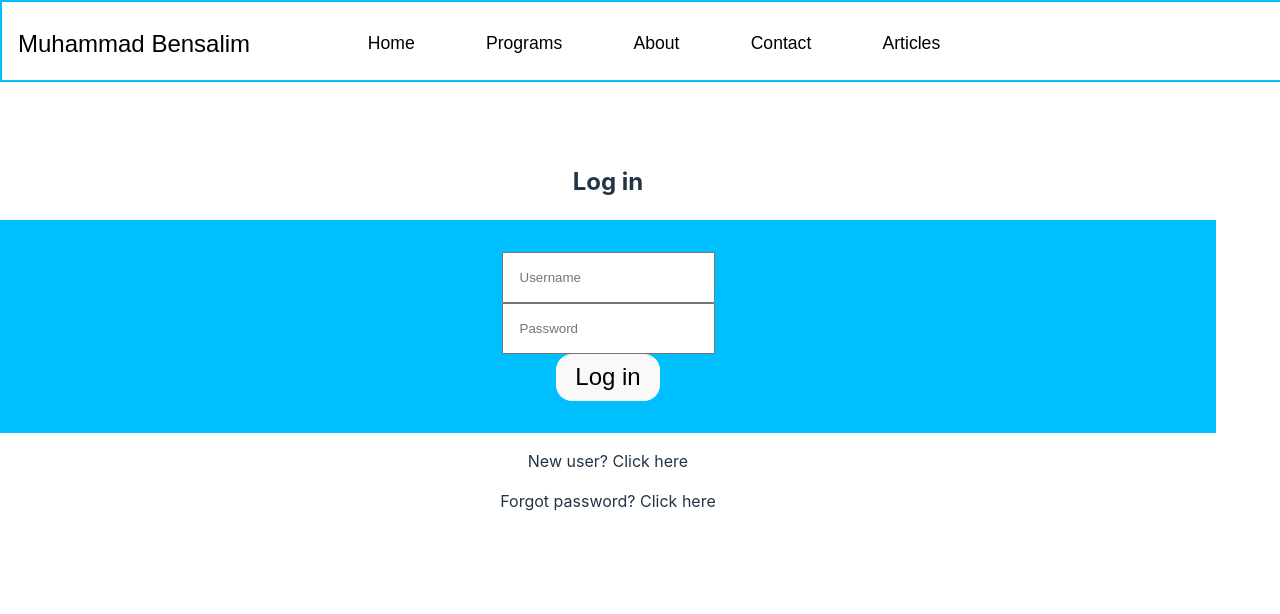
Repository: TMuse333/fitness_templates
Page: /progress
An editor plug-in stored every save of this project. The page is shown before and after a run of saves, followed by the edit.
The browser window is 1280 px wide. The pictures show the whole page.
The project was rebuilt for these pictures with package versions that can differ from the ones it lists, and the page was loaded fresh each time. Also part of the build but not shown: vite.config.js, src/components/herobanner/herobanner.css, src/components/herobanner/herobanner.jsx, src/components/about/about.css, src/components/about/about.jsx, src/components/serviceOffering/serviceOffering.css, src/components/serviceOffering/serviceOffering.jsx, src/data/data.js and 33 more. Imported but missing from the stored project, and not drawn on this page: src/media/best_dunk.mp4.

Above is the page before, as saved 2024-03-09 19:31:30.

### src/main.jsx
import './index.css'
import * as React from 'react';
import { StrictMode } from 'react';
import { createRoot } from 'react-dom/client';
import { BrowserRouter } from 'react-router-dom';

import App from './App';

const rootElement = document.getElementById('root');
const root = createRoot(rootElement);

root.render(
  <StrictMode>
    <BrowserRouter>
      <App />
    </BrowserRouter>
  </StrictMode>
);

### src/index.css
:root {
  font-family: Inter, system-ui, Avenir, Helvetica, Arial, sans-serif;
  line-height: 1.5;
  font-weight: 400;

  color-scheme: light dark;
  color: rgba(255, 255, 255, 0.87);
  background-color: #242424;

  font-synthesis: none;
  text-rendering: optimizeLegibility;
  -webkit-font-smoothing: antialiased;
  -moz-osx-font-smoothing: grayscale;
}

a {
  font-weight: 500;

  text-decoration: inherit;
}
a:hover {

}

body {
  margin: 0;
  display: flex;
  place-items: center;
  min-width: 320px;
  min-height: 100vh;
}

h1 {
  font-size: 3.2em;
  line-height: 1.1;
}

button {
/* border: none;
  padding: 0.6em 1.2em;
  font-size: 1em;
  font-weight: 500;
  font-family: inherit;

  cursor: pointer;
  transition: border-color 0.25s;
  transition: all 0.3s ease-in; */
  background-color: #00bfff;

  font-size: 1.5rem;
  border-radius: 1rem;
  padding: 0.6rem 1.2rem;
  font-weight: 500;
  border: none;
  margin: 0 auto;
}
button:hover {
  /* transform: scale(1.3); */

}
button:focus,
button:focus-visible {
  outline: 4px auto -webkit-focus-ring-color;
}

@media (prefers-color-scheme: light) {
  :root {
    color: #213547;
    background-color: #ffffff;
  }
  a:hover {
    color: #747bff;
  }
  button {
    background-color: #f9f9f9;
  }
}

### src/App.jsx
import { useState } from 'react'

import './App.css'
import Homepage from '../pages/homepage'
import Program from '../pages/program';
import { BrowserRouter as Router, Route, Routes } from 'react-router-dom';
import Contact from '../pages/contact';
import About from '../pages/about';
import Articles from '../pages/articles';
import Progress from '../pages/progress';


function App() {
  const [count, setCount] = useState(0)

  return (
    <>
    <Routes>
      <Route path='/'
        element={<Homepage/>}
        />
        <Route path='programs'
        element={<Program/>}
        />
        <Route path='contact'
        element={<Contact/>}
        />
        <Route path='about'
        element={<About/>}
        />
        <Route path='articles'
        element={<Articles/>}
        />
        <Route path='progress'
        element={<Progress/>}
        />
    </Routes>

    </>
  )
}

export default App

### src/App.css
#root {
  max-width: 1280px;
  margin: 0 auto;
  padding: 2rem;
  text-align: center;
}

.logo {
  height: 6em;
  padding: 1.5em;
  will-change: filter;
  transition: filter 300ms;
}
.logo:hover {
  filter: drop-shadow(0 0 2em #646cffaa);
}
.logo.react:hover {
  filter: drop-shadow(0 0 2em #61dafbaa);
}

.homepage{
  position: absolute;
  left:0;
  top:0;
  overflow-x: hidden;
  background: radial-gradient(circle at center, rgba(1, 181, 241, 0.7), rgba(24, 60, 84, 0.7));
}

.program-container, .personal-container, .articles-container
{
  position: absolute;
  top:0;
  left:0;
  overflow-x: hidden;
}

.progress-container{
  position: absolute;
  left:0;
  top:20%;
}

.program-video{
  background-color: red;
}

.questions-list{
  margin-bottom: 3rem;
}



@keyframes logo-spin {
  from {
    transform: rotate(0deg);
  }
  to {
    transform: rotate(360deg);
  }
}

@media (prefers-reduced-motion: no-preference) {
  a:nth-of-type(2) .logo {
    animation: logo-spin infinite 20s linear;
  }
}

.card {
  padding: 2em;
}

.read-the-docs {
  color: #888;
}

### pages/progress.jsx
import React from "react";
import Navbar from "../src/components/navbar/navbar";
import Login from "../src/components/login/Login";



const Progress = () => {

    const links = [
        {
            dest:'/',
            name:'Home'
          },
        {
            dest:'programs',
            name:'Programs'
        },
        {
            dest:'about',
            name:'About'
        },
        {
            dest:'contact',
            name:'Contact'
        },
        {
            dest:'articles',
            name:"Articles"
        },

    ]

    return (<>
<Navbar links={links}
/>
<div className="progress-container">


       <Login/>
       </div>
        </>

    )
}


export default Progress

### src/components/navbar/navbar.jsx
import React, { useState,useEffect } from 'react';
// import { FaArrowLeft, FaArrowRight } from 'react-icons/fa';
import { Link } from 'react-router-dom';
import './navbar.css'

import nobg from '../../media/quantum-striker-pose.png'





const Navbar = ({links,id}) => {
  const [subMenuVisible, setSubMenuVisible] = useState(false);
  const [isMobile, setIsMobile] = useState(true)
  const [hovered, setHovered] = useState(false)
  const [navHovered, setNavHovered] = useState(null)

  const handleMouseEnter = () => {
    setHovered(true)
  }

  const handleMouseLeave = () => {
    setHovered(false)
  }

  const handleNavEnter = (index) => {
    setNavHovered(index);
  };

  const handleNavLeave = () => {
    setNavHovered(null);
  };

  const toggleSubMenu = () => {

    setSubMenuVisible(!subMenuVisible);
  };


  useEffect(() => {
    // Function to update sub-menu visibility when the screen width changes
    const handleResize = () => {
      const screenWidth = window.innerWidth;
      setIsMobile(!(screenWidth >= 865)); // Set subMenuVisible to true if screen width is at least 415 pixels
    };

    // Add a resize event listener to update the sub-menu visibility
    window.addEventListener('resize', handleResize);

    // Initial call to set sub-menu visibility based on current screen width
    handleResize();

    // Clean up the event listener when the component unmounts
    return () => {
      window.removeEventListener('resize', handleResize);
    };
  }, []);

  const style = {
height: isMobile && !subMenuVisible ? '0px' :  isMobile ? '190px' : 'auto',
overflowY:'hidden',
width: isMobile ?'80px':'auto',
backgroundImage: isMobile ? 'linear-gradient(to right, #00bfff, #4db8ff, #64bcff, #00bfff)' : null,
transition: isMobile? 'height 0.3s ease-in,padding 0.3s ease-in' : null,
marginTop: isMobile ? '1rem' : null,
borderRadius:'10px',
paddingTop:subMenuVisible ?'1rem' : '0'



  };

  const navStyle = (index) => {

    return{
      backgroundColor: navHovered === index? '#00bfff' : null,
      padding:'0 0.55rem 0 0.55rem',
      borderRadius:'7px',
      // color:navHovered === index? '#6c5933' : null,
    }
  }

  const logoStyle = {
    transform: hovered || subMenuVisible? 'scale(1.3)' : 'scale(1)',
    width:'50px',
    transition:'all ease-in 0.3s',
    backgroundColor:'transparent',
    marginTop:'-1rem'
  }

  return (

    <div className='navbar-container'
    id={id}>
    <p
          className='big-logo'
          style={logoStyle}
          />
    <div className='navbar-logo'>

   <Link to='/'
   className='home-nav'>


        <p className='navbar-logo'
      >Muhammad Bensalim</p>
       </Link>

      </div>




      <div className='list-container'>
        <button onClick={toggleSubMenu}

        className='mini-logo'

        >



       <img style={logoStyle}
       onMouseEnter={handleMouseEnter}
       onMouseLeave={handleMouseLeave}
       src={nobg}

 />
        </button>
        <ul
        className='nav-list'
        style={style}

         >

          {links.map((link,index) => (
            <Link to={link.dest}
            key={index}
            className='nav-link'>
                <li
                onMouseEnter={()=>handleNavEnter(index)}
                onMouseLeave={()=>handleNavLeave()}
                style={navStyle(index)}>
                  {link.name}
                </li>
            </Link>
          ))}

        </ul>
      </div>




       </div>

  );
};

export default Navbar;

### src/components/login/Login.jsx
import React from "react";
import './login.css'

const Login = () => {
  return (
    <>
      <div className="login-container">
        <h2>Log in</h2>
        <div className="login-box">
          <form>
            <div className="form-group">

              <input type="text" id="username" name="username"
              placeholder="Username"/>
            </div>

            <div className="form-group">

              <input type="password" id="password" name="password"
              placeholder="Password" />
            </div>

            <button type="submit">Log in</button>
          </form>

        </div>
        <p>New user? Click here</p>
        <p>Forgot password? Click here</p>
      </div>
    </>
  );
};

export default Login;

### src/components/navbar/navbar.css
/* Add this to your navbar.css file */

.navbar-container{


    position: fixed;
     width: 100vw;

     top: 0px;
     left:0px;
     background:rgba(255, 255, 255, 0.7) ;

     height: 70px;
     z-index: 30;
  padding-top: 0.5rem;
  border-bottom: 2px solid #333;

    border: 2px solid #00bfff;

   }

   #overview-nav{
    background: radial-gradient(circle at center, rgba(0, 153, 205, 0.7), rgba(48, 115, 160, 0.9));
   }

   .big-logo{
     display: none;
   }

   .list-container {
    color:white;
    transform: translateY(-2.5rem);
    width:min-content;
    margin-left: auto;
    /* background-color: #BE9F5B; */
    margin-right: 2rem;
  /* background: linear-gradient(to right, #6c5933, #be9f5b, #6c5933);; */



   }

   .nav-list{
     /* margin-right: 2rem; */
     width: 50px;
     align-items: center;
     display:flex;
     flex-direction: column;
     margin-right: -1.5rem;
     color:black;
     /* background-color: #BE9F5B;
     background: linear-gradient(to right, #6c5933, #be9f5b, #6c5933); */
   }

   .home-nav{
    text-decoration: none;
   }

   .list-container li{
     list-style-type: none;
     /* transform: translateX(-25%); */
     padding:10px;
     color:black;
     font-weight: 500;
     transform: translateX(-1rem);
     font-family: 'Palatino Sans', 'Palatino Sans Informal', 'Palatino Sans Text', 'Palatino Sans W1G', 'Palatino Sans W01', sans-serif;
    text-decoration: none;
    margin-top: 0.5rem;
    margin-bottom: 1rem;
    /* color:white; */



     /* margin-top: -2rem; */

   }

   .list-container li a {
    text-decoration: none;
    color:white;
   }

   .mini-logo {
     display: flex;
     justify-content: center;
     align-items: center;
     margin-top: -1rem;
     height: 2.5rem;
     width: 2rem; /* Set the width and height to make it a perfect circle */
     padding: 0; /* Remove padding */
     border-radius: 50%; /* Make it circular */
     margin-left: auto;

     /* margin-right: auto; */
     background-color: transparent;
     border-color: transparent;



   }

   .navbar-logo{
     color:black;
     text-align: left;
     margin-left: 0.5rem;
     font-family: 'Abhaya Libre', sans-serif;
     font-size: 1.3rem;
     margin-top: 1.3rem;
     /* background-color: #BE9F5B; */
     /* background-image: url(src/media/SAINEY-MEDIA.png); */

   }

   .nav-button::before,
   .nav-button::after {
     content: '';
     position: absolute;
     background-color: #d15959; /* Set the color of the lines */
     height: 2px; /* Set the height of the lines */
     width: 10%; /* Set the width of the lines */
   }

   .nav-button::before {
     top: 5%;
   }

   .nav-button::after {
     top: 8%;
   }

  .nav-link{
  text-decoration: none;
  color:white;
  }

  @media screen and (min-width:400px){
    .mini-logo{
      margin-right: 1.5rem;
    }
  }



   @media screen and (min-width: 865px)  {
     .nav-list {
       display: flex;
       width:max-content;
       flex-direction: row;
       justify-content: space-between;
       padding:0 5px 0 5px;
       margin-top: -0.8rem;
       height:100%;
       /* transform: translateX(1rem); */
       /* background-color: rgb(38, 37, 79); */
       /* background-color: #d15959; */




       /* background-color: ; */
     }

     /* .navbar-container{
      width:98vw;
     } */

     .list-container{
      width:45vw;
      margin-top: -1.5rem;
     }

     .list-container li{
      font-size: 1.1rem;
      font-weight: 400;
     }



     .nav-button{
       /* display: none; */
     }

     .list-container li{
       transform: translateX(0rem);
       white-space: nowrap;
       padding:0;
     }

     .list-container{

       margin-left: auto;
       margin-right: auto;
     }

     .mini-logo{
       display: none;
     }

     .navbar-logo{
      font-size: 1.5rem;
      margin-top: 1rem;
     }

     .big-logo{
       position: absolute;
       right:2rem;
       display: flex;
       top:1rem;
     }

     /* .navbar-logo{
       display: none;
     } */
   }

### src/components/login/login.css
.login-box{
    background-color: #00bfff;
    padding:2rem;
    width:90vw;
    margin:0 auto;
}

.login-box input{
    padding:1rem
}

.login-contanier{
    width:100vw;
}

Loaded but not shown: index.html (common file)

After the next 2 saves:
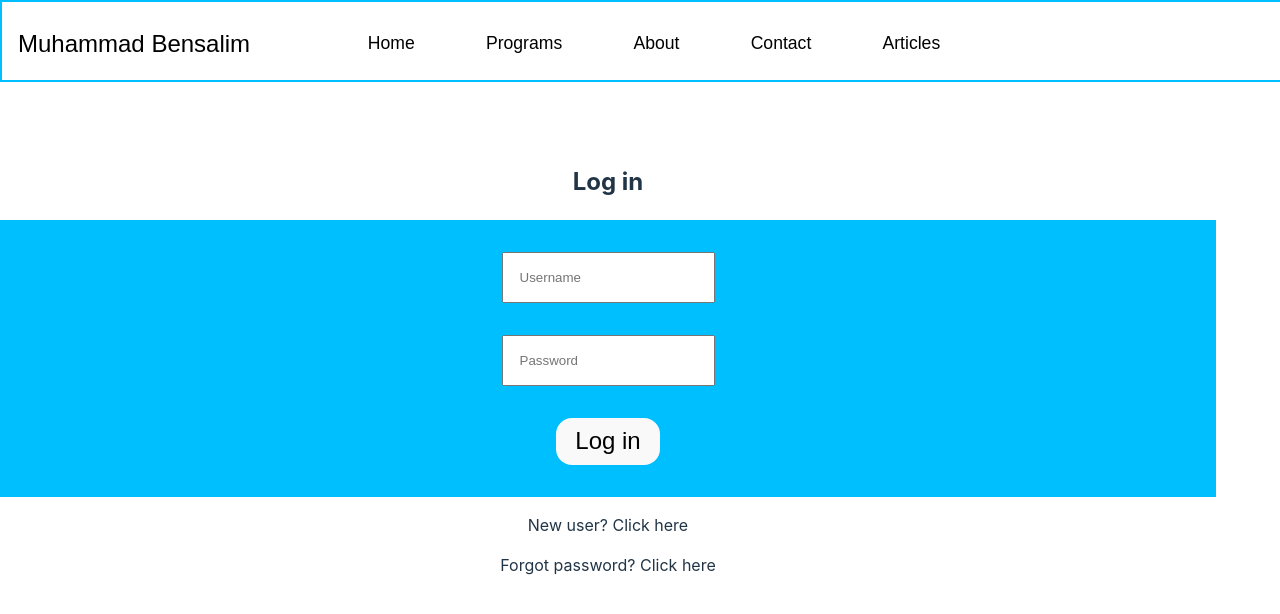
The 2 saves are shown as one change because they came seconds apart.
The last was saved 9 s later.
--- a/src/components/login/login.css
+++ b/src/components/login/login.css
@@ -6,7 +6,8 @@
 }
 
 .login-box input{
-    padding:1rem
+    padding:1rem;
+    margin-bottom: 2rem;
 }
 
 .login-contanier{
